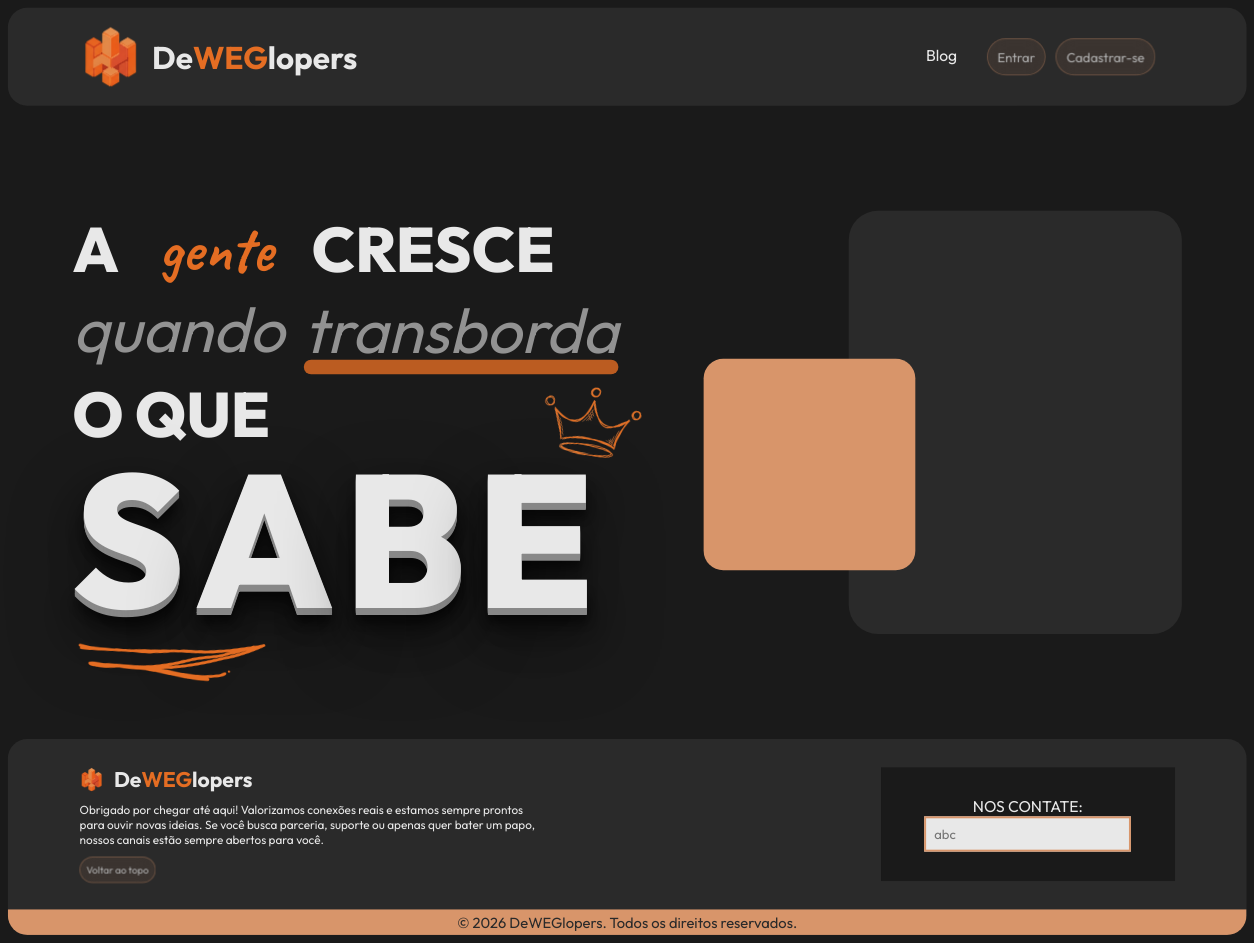
Repository: Pedro-Schulz/Projeto_Liandro
Page: Projeto_Liandro-main/index.html
These files come from the project's save history. The page is drawn as it stood at one moment and after the next save; the edit follows.
The browser window is 1280 px wide. The pictures show the whole page, at 98% of full size.

Above is the page before, as saved 2026-05-20 18:28:48.

### Projeto_Liandro-main/index.html
<!DOCTYPE html>
<html lang="pt-br">
<head>
    <meta charset="UTF-8">
    <meta name="viewport" content="width=device-width, initial-scale=1.0">
    <title>Projeto Liandro</title>
    <link rel="stylesheet" href="assets/styles/style.css" type="text/css">
    <link rel="stylesheet" href="assets/styles/paleta.css" type="text/css">
    <script src="assets/js/animations.js" defer></script>

    <!--Link font-->
    <link rel="preconnect" href="https://fonts.googleapis.com">
    <link rel="preconnect" href="https://fonts.gstatic.com" crossorigin>
    <link href="https://fonts.googleapis.com/css2?family=Open+Sans:ital,wght@0,300..800;1,300..800&family=Outfit:wght@100..900&display=swap" rel="stylesheet">
    <link rel="preconnect" href="https://fonts.googleapis.com">
    <link rel="preconnect" href="https://fonts.gstatic.com" crossorigin>
    <link href="https://fonts.googleapis.com/css2?family=Caveat:wght@400..700&display=swap" rel="stylesheet">
</head>
<body>
<header>
    <div class="container">
        <div class="espaco_logo">
            <img src="assets/images/logo2.png">
            <h1>De<span>WEG</span>lopers</h1>
        </div>
        <div class="menu">
            <a link="">Blog</a>
        </div>
        <div class="div_login">
            <button>Entrar</button>
            <button>Cadastrar-se</button>
        </div>
    </div>
</header>

<div class="container">
    <section class="cont_init">
        <div class="frase">
            <h1 class="line1 reveal">A <span>gente</span> cresce</h1>
            <div class="line2 reveal"><h1>quando</h1><a>transborda</a></div>
            <h1 class="line3 reveal">o que</h1>
            <h1 class="line4 reveal">
                <img class="rabisco" src="assets/images/rabisco.png">
                <span>s</span>
                <span>a</span>
                <span>b</span>
                <span>e</span>
                <img class="coroa" src="assets/images/coroa.png">
            </h1>
        </div>
        <div class="conteudo_demo">
            <div class="aplicacao">

            </div>
            <div class="comentario">

            </div>
        </div>
    </section>

</div>

<footer>
    <div class="container">
        <div class="info">
            <div class="espaco_logo">
                <img src="assets/images/logo2.png">
                <h1>De<span>WEG</span>lopers</h1>
            </div>
            <p>Obrigado por chegar até aqui! Valorizamos conexões reais e estamos sempre prontos<br>
                para ouvir novas ideias. Se você busca parceria, suporte ou apenas quer bater um papo,<br>
                nossos canais estão sempre abertos para você.</p>
            <button onclick="window.scrollTo({top: 0, behavior: 'smooth'}); return false;">Voltar ao topo</button>
        </div>
        <div class="contato">
            <label for="campo_contato">NOS CONTATE:</label>
            <input id="campo_contato" type="text" placeholder="abc">
        </div>
    </div>
    <div class="copyrigth">© 2026 DeWEGlopers. Todos os direitos reservados.</div>
</footer>
</body>
</html>

### Projeto_Liandro-main/assets/styles/style.css
@import url('./paleta.css');

@keyframes expandirLinha {
    0% { width: 0; }
    100% { width: 100%; }
}
@keyframes afundar {
    0% {
        transform: translateY(0);
    }
    100% {
        transform: translateY(12px);
        text-shadow:
            0 1px 0 var(--text-tertiary),
            0 2px 0 var(--text-tertiary),
            1px 4px 5px rgba(0, 0, 0, 0.3);
    }
}

/* ============================================
   GERAL
============================================ */
* {
    box-sizing: border-box;
    margin: 0;
    padding: 0;
    font-family: "Outfit", sans-serif;
    color: var(--text-primary);
}

body {
    display: flex;
    flex-direction: column;
    background-color: var(--bg-primary);
}

a {
    position: relative;
    display: inline-block;
    text-decoration: none;
    color: inherit;
    padding-bottom: 5px;
    z-index: 1;
    cursor: pointer;
}

a::after {
    content: "";
    height: 3px;
    background-color: var(--color-orange);
    border-radius: 10px;
    position: absolute;
    bottom: 0;
    left: 0;
    z-index: -1;
    width: 0;
    transition: width 0.4s ease-in-out;
}

a:hover::after {
    width: 100%;
    transition: 0.5s ease-in-out;
}

.container {
    display: flex;
    justify-content: space-between;
    align-items: center;
    width: 90%;
    height: 100%;
    margin: 0 auto;
    padding: 10px;
}

button {
    padding: 10px;
    color: var(--text-secondary);
    background-color: rgba(216, 149, 106, 0.1);
    border-radius: var(--radius-button);
    border: 1px solid rgba(216, 149, 106, 0.3);
    backdrop-filter: blur(10px);
    cursor: pointer;
    transition: all 250ms ease-in-out;
    width: fit-content;
}

button:hover {
    background-color: rgba(216, 149, 106, 0.2);
    border-color: rgba(216, 149, 106, 0.5);
    box-shadow: 0 4px 8px rgba(0, 0, 0, 0.2);
    transform: scale(1.05);
}

button:active {
    transform: scale(0.95);
}

header,
footer {
    background-color: var(--bg-secondary);
    display: flex;
    align-items: center;
    width: auto;
    margin: 8px;
    border-radius: 20px;
}

input[type="text"] {
    background-color: var(--color-light-gray);
    color: var(--text-dark);
    border: 2px solid var(--color-warm-orange);
    padding: 8px;
}

/* ============================================
   HEADER
============================================ */
header {
height: 100px;
}

.espaco_logo {
    display: flex;
    align-items: center;
    justify-content: center;
    height: 80%;
    width: fit-content;
    gap: 10px;
}

.espaco_logo img {
    height: 100%;
    aspect-ratio: 1 / 1;
}

.espaco_logo h1 {
    margin: 0;
}

.espaco_logo h1 span {
    color: var(--color-orange);
}

.menu {
    display: flex;
    gap: 10px;
    margin: 0 30px 0 auto;
}

.div_login {
    display: flex;
    gap: 10px;
    margin-right: 20px;
}

/* ============================================
   FRASE DIV
============================================ */

.frase {
    display: flex;
    flex-direction: column;
    align-items: flex-start;
    gap: 12px;
    padding: 100px 0;
}

.frase h1 {
    font-size: 5vw;
    line-height: 0.9;
    margin: 0;
}

.line1 {
    display: flex;
    gap: 40px;
    font-weight: 800;
    text-transform: uppercase;
}

.line1 span {
    color: var(--color-orange);
    font-family: "Caveat", cursive;
    text-transform: lowercase;
}

.line2 {
    display: flex;
    align-items: center;
    justify-content: center;
    gap: 20px;
}

.line2 a::after {
    height: 15px;
}

.line2.reveal.active a::after {
    width: 100%;
    animation: expandirLinha 1.5s cubic-bezier(0.65, 0, 0.35, 1) forwards;
}

.line2 a,
.line2 h1 {
    font-size: 5vw;
    font-weight: 400;
    font-style: italic;
    opacity: 0.8;
    color: var(--text-secondary);
    text-decoration: none;
    position: relative;
    padding-bottom: 5px;
    text-transform: lowercase;
}

.line3 {
    text-transform: uppercase;
    font-weight: 800;
}

.frase .line4 {
    display: flex;
    gap: 10px;
    position: relative;
    font-size: 15vw;
    font-weight: 800;
    text-transform: uppercase;
    text-shadow:
        0 1px 0 var(--text-tertiary),
        0 2px 0 var(--text-tertiary),
        0 3px 0 var(--text-tertiary),
        0 4px 0 var(--text-tertiary),
        0 5px 0 var(--text-tertiary),
        0 6px 0 var(--text-tertiary),
        0 7px 0 var(--text-tertiary),
        0 8px 0 var(--text-tertiary),
        1px 15px 10px rgba(0, 0, 0, 0.4),
        1px 20px 20px rgba(0, 0, 0, 0.3),
        1px 25px 40px rgba(0, 0, 0, 0.3),
        1px 30px 80px rgba(0, 0, 0, 0.4);
}

.line4 span {
    display: inline-block;
    transition: all 0.2 ease;
}

.line4 span:hover {
    animation: afundar 0.7s ease-out forwards;
}

.line4 .rabisco {
    height: 200px;
    width: auto;
    position: absolute;
    top: 65%;
    transform: rotate(5deg);
}

.line4 .coroa {
    height: 100px;
    width: auto;
    position: absolute;
    left: 90%;
    bottom: 90%;
    transform: rotate(10deg);
}

/* ============================================
   CONTEÚDO INÍCIO
============================================ */
.cont_init {
    display: flex;
    align-items: center;
    justify-content: space-between;
    height: auto;
    width: 100%;
}
.conteudo_demo {
    height: 60vh;
    width: 30%;
    border-radius: 30px;
    background-color: var(--bg-secondary);
    position: relative;
}
.aplicacao {
    width: 100%;
    height: 100%;
}
.comentario {
    height: 30vh;
    aspect-ratio: 1 / 1;
    position: absolute;
    bottom: 15%;
    right: 80%;
    background-color: var(--color-warm-orange);
    border-radius: 20px;
}

/* ============================================
   FOOTER
============================================ */
footer {
    display: flex;
    flex-direction: column;
    height: 200px;
    overflow: hidden;
}
footer .info {
    display: flex;
    flex-direction: column;
    gap: 10px;
}
footer .espaco_logo img {
    height: 25px;
    width: auto;
}
footer .espaco_logo h1 {
    font-size: 3vh;
}
footer button {
    font-size: 10px;
    padding: 6px;
}
footer p {
    font-size: 12px;
}
footer .contato {
    background-color: var(--bg-primary);
    height: 75%;
    width: 300px;
    display: flex;
    flex-direction: column;
    align-items: center;
    justify-content: center;
}
.copyrigth {
    height: 30px;
    width: 100%;
    margin-top: auto;
    background-color: var(--color-warm-orange);
    color: var(--text-dark);
    display: flex;
    align-items: center;
    justify-content: center;
    font-size: 15px;
}

/* ============================================
   EFECTS
============================================ */
.reveal {
    opacity: 0;
    transform: translateX(-20px);
    transition: all 0.8s ease-out;
}

.reveal.active {
    opacity: 1;
    transform: translateX(0);
}

### Projeto_Liandro-main/assets/styles/paleta.css
:root {
  /* ============================================
     CORES PRINCIPAIS - LARANJA
     ============================================ */
  --color-warm-orange: #d8956a;
  --color-orange: #e46d23;

  /* ============================================
     CORES PRINCIPAIS - NEUTROS (Preto/Cinza)
     ============================================ */
  --color-charcoal-black: #1a1a1a;
  --color-dark-gray: #2a2a2a;
  --color-medium-gray: #4a4a4a;
  --color-light-gray: #e8e8e8;

  /* ============================================
     BACKGROUNDS
     ============================================ */
  --bg-primary: #1a1a1a;
  --bg-secondary: #2a2a2a;
  --bg-tertiary: #4a4a4a;

  /* ============================================
     TEXTOS
     ============================================ */
  --text-primary: #e8e8e8;
  --text-secondary: #b0b0b0;
  --text-tertiary: #888888;
  --text-dark: #2a2a2a;

  /* ============================================
     ACCENTS & DESTAQUES
     ============================================ */
  --accent-primary: #d8956a;
  --accent-secondary: #e8b89a;
  --accent-hover: #c07d52;
  --accent-active: #a86844;

  /* ============================================
     SEMANTIC COLORS
     ============================================ */
  --color-success: #6db584;
  --color-warning: #e8a547;
  --color-error: #c85a54;
  --color-info: #5b8fb8;

  /* ============================================
     BORDERS & DIVIDERS
     ============================================ */
  --border-color: #3d3d3d;
  --border-light: #5d5d5d;
  --divider: #2a2a2a;

  /* ============================================
     SHADOWS
     ============================================ */
  --shadow-sm: 0 2px 4px rgba(0, 0, 0, 0.3);
  --shadow-md: 0 4px 8px rgba(0, 0, 0, 0.4);
  --shadow-lg: 0 8px 16px rgba(0, 0, 0, 0.5);
  --shadow-xl: 0 12px 24px rgba(0, 0, 0, 0.6);

  /* ============================================
     TRANSITIONS
     ============================================ */
  --transition-fast: 150ms ease-in-out;
  --transition-base: 250ms ease-in-out;
  --transition-slow: 350ms ease-in-out;

  /* ============================================
     BORDER RADIUS
     ============================================ */
  --radius-sm: 4px;
  --radius-md: 8px;
  --radius-lg: 12px;
  --radius-xl: 16px;
  --radius-button: 30px;
  --radius-full: 9999px;

  /* ============================================
     SPACING
     ============================================ */
  --space-xs: 4px;
  --space-sm: 8px;
  --space-md: 16px;
  --space-lg: 24px;
  --space-xl: 32px;
  --space-2xl: 48px;

/* ============================================
   RESPONSIVE
   ============================================ */

@media (max-width: 768px) {
  h1 {
    font-size: 2rem;
  }

  h2 {
    font-size: 1.5rem;
  }

  h3 {
    font-size: 1.25rem;
  }

  .btn {
    padding: 8px 16px;
    font-size: 0.95rem;
  }

  .card {
    padding: var(--space-md);
  }
}

/* ============================================
   KEYFRAMES
   ============================================ */
}

### Projeto_Liandro-main/assets/js/animations.js
const observer = new IntersectionObserver((entries) => {
    entries.forEach(entry => {
        if (entry.isIntersecting) {
            // Adiciona a classe quando entra na tela
            entry.target.classList.add('active');
        } else {
            // Opcional: remove a classe para animar de novo ao subir a página
            entry.target.classList.remove('active');
        }
    });
}, { threshold: 0.1 }); // Dispara quando 10% do item estiver visível

// Seleciona todos os itens que você quer animar
document.querySelectorAll('.reveal').forEach(el => observer.observe(el));

const elements = document.querySelectorAll('.reveal');
elements.forEach(el => observer.observe(el));

// --- Página Login ---

After the next save:
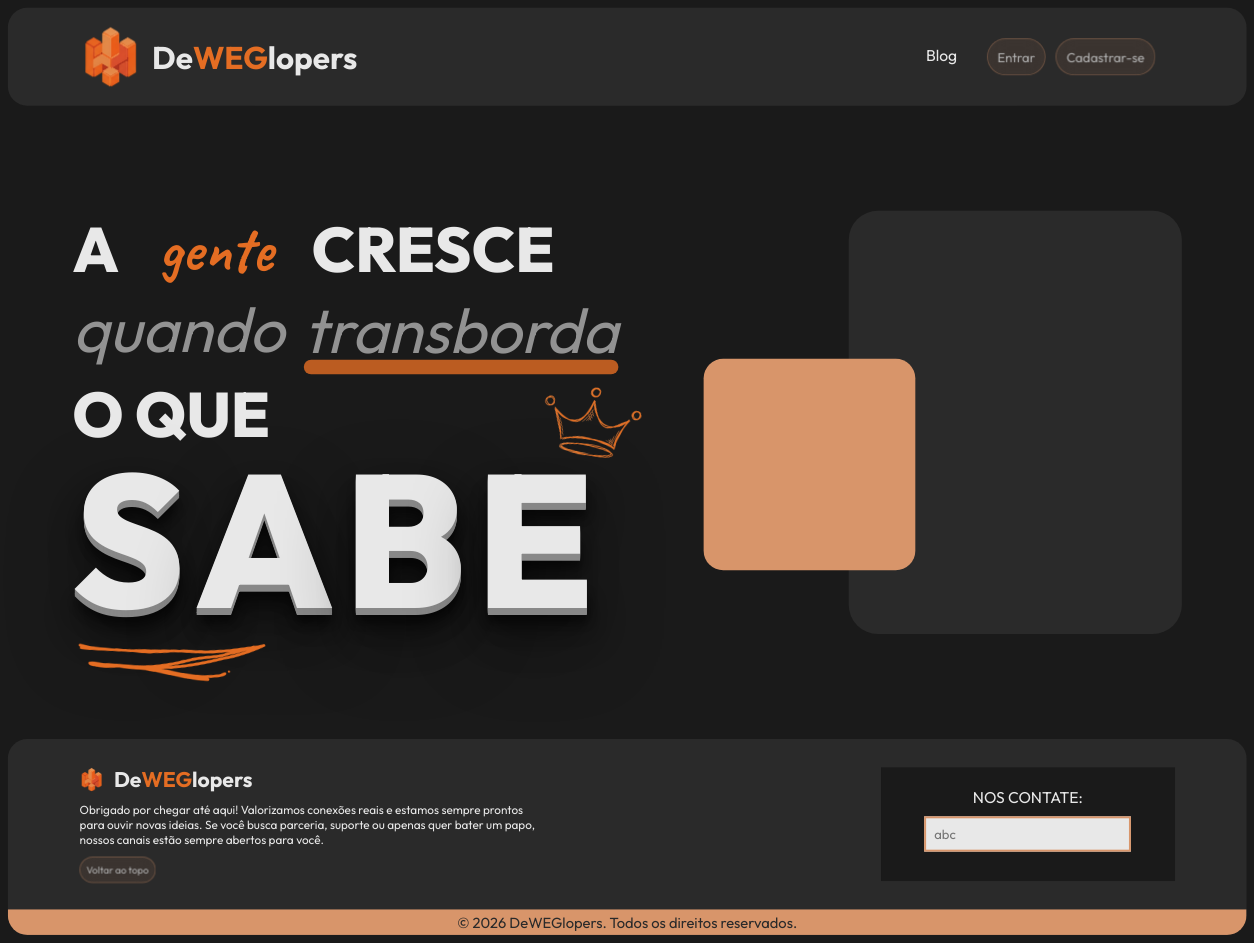
Saved 5 s later.
--- a/Projeto_Liandro-main/assets/styles/style.css
+++ b/Projeto_Liandro-main/assets/styles/style.css
@@ -110,6 +110,7 @@ input[type="text"] {
     color: var(--text-dark);
     border: 2px solid var(--color-warm-orange);
     padding: 8px;
+    margin: 10px 0;
 }
 
 /* ============================================
